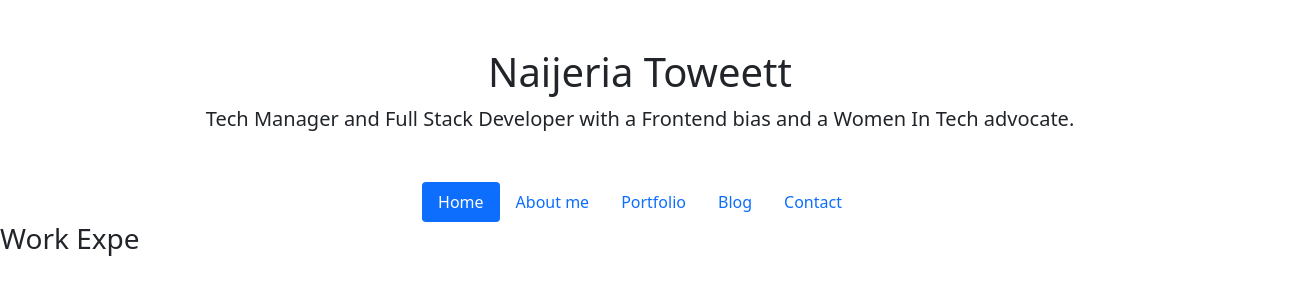
Repository: mamatechafrica/portfolio
Page: index.html
These files come from the project's save history. The page is drawn as it stood at one moment and after a run of saves; the edit follows.
The browser window is 1280 px wide. The page is 1292 px wide, so the pictures cover 1292 px, including what lies to the right of the window. The pictures show the whole page.

Above is the page before, as saved 2022-01-04 13:34:52.

After the next 4 saves:
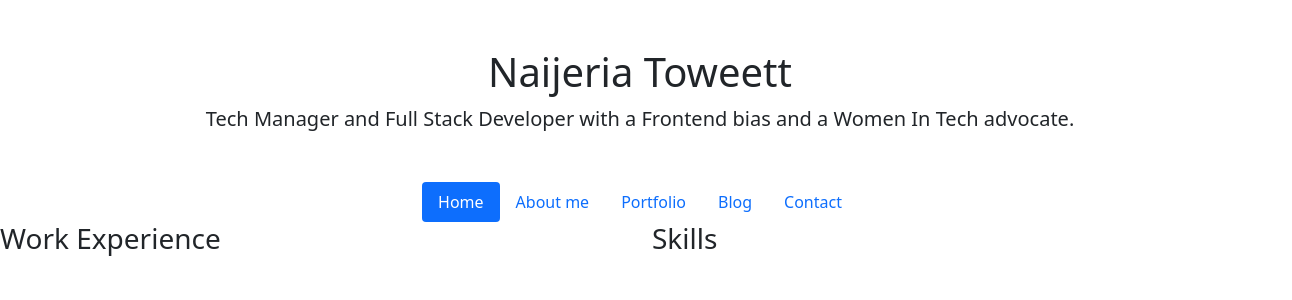
The 4 saves are shown as one change because they came seconds apart.
The last was saved 12 s later.
--- a/index.html
+++ b/index.html
@@ -43,10 +43,10 @@
         <div class="conatiner">
             <div class="row">
                 <div class="col">
-                    <h3>Work Expe</h3>
+                    <h3>Work Experience</h3>
                 </div>
                 <div class="col">
-
+                    <h3>Skills</h3>
                 </div>
             </div>
         </div>
